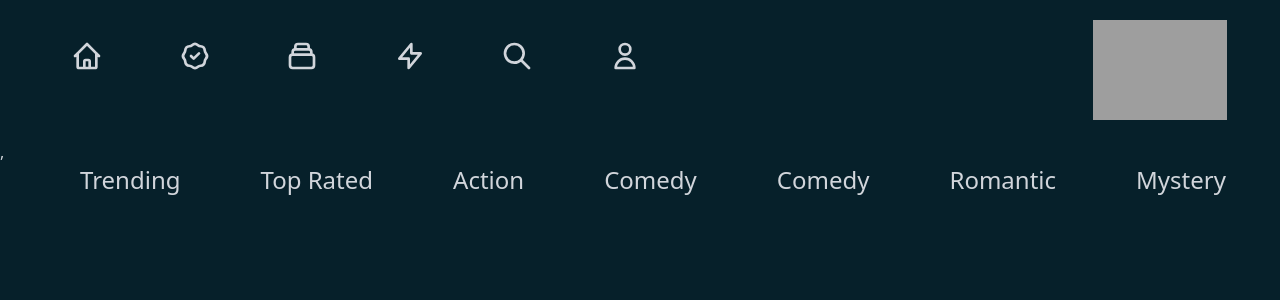
Repository: elaiken/hulu-yt-clone
Page: /
The author's editor kept a copy of each file at every save. The page is drawn from the files as they stood at one save, then again after the next save.
The browser window is 1280 px wide. The pictures show the whole page.
Pictures or frames that could not be fetched are drawn as grey boxes. The project was rebuilt for these pictures with package versions that can differ from the ones it lists, and the page was loaded fresh each time. The framework's server and built-in components were replaced by stand-ins that run in the browser. Also part of the build but not shown: next.config.js.

Above is the page before, as saved 2021-11-10 10:16:55.

After the next save:
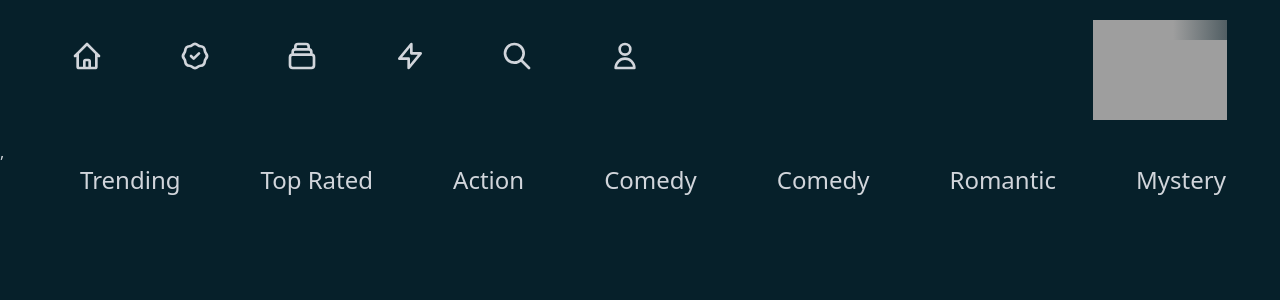
Saved 52 s later.
--- a/components/Nav.js
+++ b/components/Nav.js
@@ -11,7 +11,7 @@ function Nav() {
             ]) => (<h2 key={key}
                 className="last:pr-24 cursor-pointer transition duration-100 transform hover:scale-125 hover:text-white active:bg-red-500"> {title}</h2>))
         } </div>
-        <div className="absolute top-0 right-0 bg-gradient-to-l from-[#06202A]"/>
+        <div className="absolute top-0 right-0 bg-gradient-to-l from-[#06202A] h-10 w-1/12"/>
     </nav>)
 }
 
